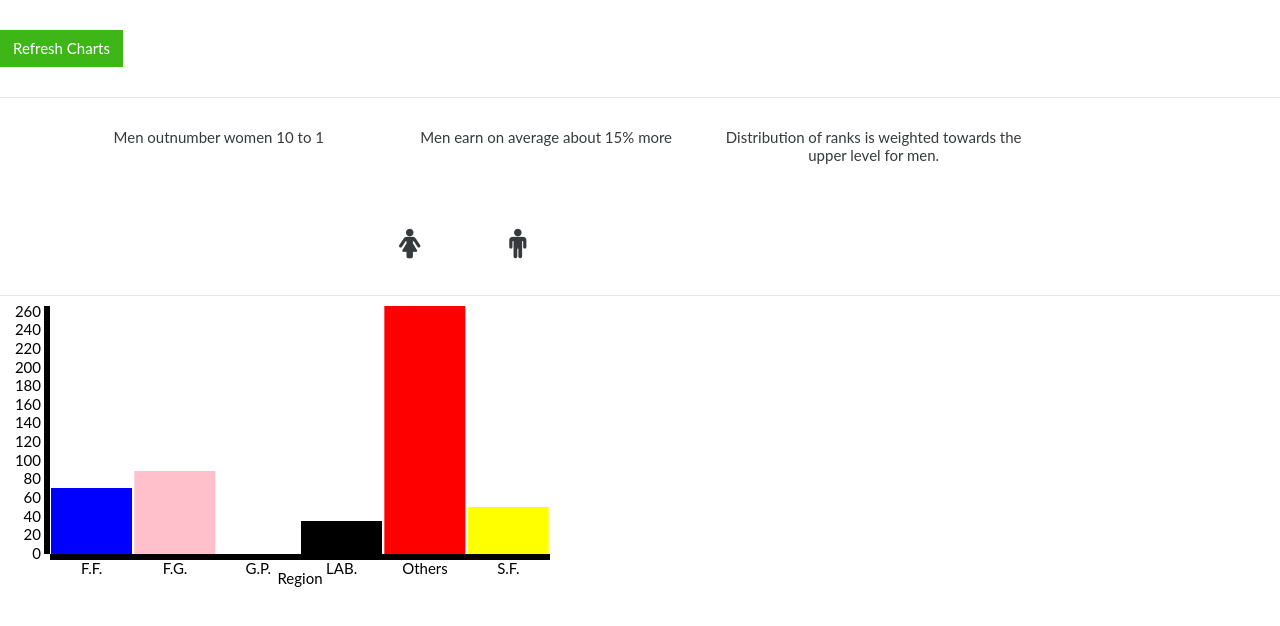
Repository: pauldardis/project-2-test
Page: index.1.html
The author's editor kept a record of every edit. The page is drawn from the files as they stood at one moment, then again after the next edit.
The browser window is 1280 px wide. The pictures show the whole page.

Above is the page before.

### index.1.html
<!DOCTYPE html>
<html lang="en">

<head>
    <meta charset="UTF-8">
    <meta name="viewport" content="width=device-width, initial-scale=1.0">
    <meta http-equiv="X-UA-Compatible" content="ie=edge">
    <title>Dashboard</title>

    <link rel="stylesheet" href="assets/css/bootstrap.min.css" type="text/css" />
    <!--<link rel="stylesheet" href="assets/css/dc.min.css" type="text/css" />-->
    <link rel="stylesheet" type="text/css" href="https://maxcdn.bootstrapcdn.com/font-awesome/4.7.0/css/font-awesome.min.css">
    <link rel="stylesheet" href="assets/css/style.css" type="text/css" />


    <script type="text/javascript" src="assets/js/d3.min.js"></script>
    <script type="text/javascript" src="assets/js/crossfilter.min.js"></script>
    <script type="text/javascript" src="assets/js/dc.min.js"></script>
    <script type="text/javascript" src="assets/js/queue.min.js"></script>
    <script type="text/javascript" src="assets/js/graps.1.js"></script>

</head>

<body>

    <section class="section">
        <div id="refresh-button">
            <button type="submit" class="btn btn-success" onClick="refreshPage()">Refresh Charts</button>
        </div>
    </section>




    <section class="section">
        <div class="container">
            <div class="row">
                <div class="row">
                    <div class="col-xs-12 col-sm-4 text-center">
                        <p class="section-paragraph">Men outnumber women 10 to 1</p>
                    </div>
                    <div class="col-xs-12 col-sm-4 text-center">
                        <p class="section-paragraph">Men earn on average about 15% more</p>
                    </div>
                    <div class="col-xs-12 col-sm-4 text-center">
                        <p class="section-paragraph">Distribution of ranks is weighted towards the upper level for men.</p>
                    </div>
                </div>
                <div class="container">
                    <div class="row">
                        <div class="col-xs-12 col-sm-4 col-md-4 col-lg-4 text-center custom-chart" id="region-selector"></div>
                        <div class="col-xs-12 col-sm-4 col-md-4 col-lg-4 text-center custom-chart" id="constituency-selector"></div>
                        <div class="col-xs-12 col-sm-4 col-md-4 col-lg-4 text-center custom-chart" id="elected-selector"></div>
                    </div>
                </div>
            </div>
        </div>
        <div class="row col-12"></div>
        <div class="col-xs-12 col-sm-12 col-lg-12 gender-box">
            <i class="fa fa-female fa-gender" aria-hidden="true"></i> <span class="number-box" id="percent-of-women-professors"></span>
            <i class="fa fa-male fa-gender" aria-hidden="true"></i> <span class="number-box" id="percent-of-men-professors"></span>
        </div>
    </section>

    <section>
        <div class="container-fluid">
            <div class="row">
                <div class="col-xs-12 col-sm-6 col-md-3 col-lg-3">
                    <div>
                        <div>
                            <div class=" " id="party_first_preference_graphs"></div>
                        </div>
                    </div>
                </div>
                <div class="col-xs-12 col-sm-6 col-md-3 col-lg-3">
                    <div>
                        <div>
                            <div class="" id="party_total_votes_graphs"></div>
                        </div>
                    </div>
                </div>
                <div class="col-xs-12 col-sm-6 col-md-3 col-lg-3">
                    <div>
                        <div>
                            <div class="" id="candidate-first-preferance-graph">
                            </div>
                        </div>
                    </div>
                </div>
                <div class="col-xs-12 col-sm-6 col-md-3 col-lg-3">
                    <div>
                        <div>
                            <!--<div class="" id="candidate-graph">-->
                            </div>
                        </div>
                    </div>
                </div>
            </div>
    </section>



<div class="" id="candidate-graph"></div>
<div class="" id="candidate-graph-v2"></div>







    <!--<div class="col-xs-12 col-sm-6 col-md-3 col-lg-3 " id="party_first_preference_graphs"></div>-->
    <!--<div class="col-xs-12 col-sm-6 col-md-3 col-lg-3 text-center" id="party_total_votes_graphs"></div>-->
    <!--<div class="col-xs-12 col-sm-6 col-md-3 col-lg-3 text-center" id="candidate-first-preferance-graph"></div>-->
    <!--<div class="col-xs-12 col-sm-6 col-md-3 col-lg-3 text-center" id="candidate-total-votes-graph"></div>-->


    <section>
        <div class="container">
            <div class="row">
                <!--<div class="col-xs-12 col-sm-4 text-center" id="candidate-first-preferance-graph"></div>-->
                <!--<div class="col-xs-12 col-sm-4 text-center" id="candidate-total-votes-graph"></div>-->
            </div>
        </div>
    </section>








</body>

</html>

### assets/css/style.css
.gender-box {
	display: block;
	margin-left: auto;
	margin-right: auto;
	width: 40%;
}


.graph-box {
	display: block;
	margin-left: auto;
	margin-right: auto;
}


/*This removes the gridlines on the row chart but causes issue with x axesis */
/*.tick  { */
/*    display: none;*/
/*     }*/








/*.row {*/
/*	margin: 0px;*/
/*	padding: 0px;*/
/*}*/

/*.container {*/
/*	margin: 0px;*/
/*	padding: 0px;*/
/*}*/








.navbar-default {
	background-image: none;
	margin-bottom: 0;
}

.section-heading,
#discipline-selector {
	display: inline-block;
	float: none;
	margin: 0;
}

.section-heading {
	margin-bottom: 50px;
}

#discipline-selector {
	margin-left: 15px;
}

.number-box {
	margin-right: 75px;
}

.number-box,
.fa.fa-gender {
	font-size: 30px;
	font-weight: 500;
}

.fa-gender {
	margin-right: 10px;
}

.custom-chart {
	margin-bottom: 40px;
}

.section {
	border-bottom: 1px solid #e6e6e6;
	padding: 30px 0;
}

.section-paragraph {
	line-height: 1.2;
}

@import url("https://fonts.googleapis.com/css?family=Lato:300,400&display=swap");

/* BODY & HTML */
body {
    font-family: "Lato", sans-serif;
    font-weight: 400;
}

body,
html {
    width: 100%;
    height: 100%;
    padding: 0;
    margin: 0;
}

/* HEADINGS */
/* Styling of the dashboard title */

h1 {
    margin: 0;
}

/* Styling of heading 2 */

h2 {
    font-size: 1rem;
    font-weight: 300;
    margin-bottom: 0;
    margin-top: 15px;
}

/* SPINNER */
/* Spinner on data loading
spinner animation found on CodePen: https://codepen.io/judecodes/pen/PrBOvG?&page=1 */

.loader {
    z-index: 99;
    width: 200px;
    height: 200px;
    border-radius: 50%;
    border-top: 2px solid #2477b4;
    border-bottom: 2px solid transparent;
    border-left: 2px solid transparent;
    border-right: 2px solid transparent;
    animation: spin 3s linear infinite forwards;

    position: absolute;
    top: 0;
    bottom: 0;
    left: 0;
    right: 0;
    margin: auto;
}

.loader::before,
.loader::after {
    content: "";
    position: absolute;
    border-radius: 50%;
    border-top: 2px solid #2477b4;
    border-bottom: 2px solid transparent;
    border-left: 2px solid transparent;
    border-right: 2px solid transparent;
}

.loader::before {
    top: 7px;
    left: 7px;
    width: 178px;
    height: 178px;
    border-top: 2px solid #e6562e;
    animation: spin 2s linear infinite forwards;
}

.loader::after {
    top: 16px;
    left: 16px;
    width: 160px;
    height: 160px;
    border-top: 2px solid #f2893c;
    animation: spin 1s linear infinite forwards;
}

@keyframes spin {
    to {
        transform: rotate(360deg);
    }
}

/* Overlay styled to dim the background for spinner */

#overlay {
    z-index: 98;
    position: fixed;
    top: 0;
    left: 0;
    height: 100%;
    width: 100%;
    background: rgba(0, 0, 0, .5);
}

/* BACK TO TOP BUTTON */
/* Back to top button inspired by this Codepen solution: https://codepen.io/matthewcain/pen/ZepbeR */

#button {
    display: inline-block;
    background-color: transparent;
    color: #DF691A;
    border: 1px solid #DF691A;
    width: 50px;
    height: 50px;
    text-align: center;
    border-radius: 3px;
    position: fixed;
    bottom: 30px;
    right: 30px;
    transition: background-color .3s,
    opacity .5s, visibility .5s;
    opacity: 0;
    visibility: hidden;
    z-index: 97;
}

#button::after {
    content: "\f077";
    font-family: FontAwesome;
    font-weight: normal;
    font-style: normal;
    font-size: 2em;
    line-height: 50px;
}

#button:active {
    color: #ffffff;
    background-color: #DF691A;
}

#button.show {
    opacity: 1;
    visibility: visible;
}

/* REGIONAL SELECTOR */
/* Region selector menu styling */

#region-selector select {
    background: #5d6b78;
    border: #445360;
    color: #ebebeb;
    font-size: 1rem;
}

/* Select menu styling to match bootstrap theme */

select {
    background: #4e5d6c;
    color: #ebebeb;
}

/* CARDS */
/* Increasing size of font awesome icons */

.fa {
    font-size: 3rem;
}


/* Styles for tiles/cards */

.tile-s1,
.tile-s2,
.tile-s3 {
    max-width: 45rem;
}

.tile-s3 {
    min-height: 20rem;
}

.tile-s3 span {
    font-size: 1.5rem;
}

.tile-s4 {
    max-width: 70rem;
}

/* Card titles and filter label styled to uppercase */

.card-header,
.selector-label {
    text-transform: uppercase;
}

/* Number box font size increased to make it more prominent */

.number-box span {
    font-size: 1.5rem;
}

/* Shadow added to the chart tiles */

.shadow-box {
    box-shadow: 4px 4px 7px 0px rgba(61, 78, 94, 1);
}

/* Charts styling to fix the issue of responsiveness */

#composite-hour,
#composite-month {
    height: 300px;
    width: 750px;
}

/* Increasing the size of a viewbox so charts are bigger */

#accidents-severity,
#rd-type-split {
    height: 400px;
    width: 460px;
}

#severity-distribution {
    height: 400px;
    width: 380px;
}

/* DATA COUNT & RESET
/* Changing default margins to create some space between count feature and other sections */

.dc-data-count {
    margin: 10px 0;
}

/* Reset button  - border-radius added to match back0to0top button and shadow box removed*/

#reset-button {
    border-radius: 3px;
}

#reset-button:focus {
    box-shadow: none;
}

/* FOOTER */
/* adding margin so footer ellements have some space inbetween on smaller devices */

.footer-item {
    margin-bottom: 10px;
}

/* Underlining removed from all links */

a:hover {
    text-decoration: none;
}

/* MEDIA QUERIES */

@media only screen and (min-width: 1200px) {

    .tile-s2 {
        min-height: 30rem;
    }

}

@media only screen and (max-width: 1200px) {

    h1 {
        font-size: 1.9rem;
    }

    #stacked-chart {
        max-width: 70rem;
    }

}

@media only screen and (max-width: 992px) {

    .card-header {
        font-size: 0.7rem;
    }

    .number-box span {
        font-size: 1.2rem;
    }

}

/* media query created to make number display element look better, to add more space between the chart and the number */

@media only screen and (max-width: 767px) {

    .number-box span {
        font-size: 1.5rem;
    }

    .card-header,
    .selector-label {
        font-size: 0.8rem;
    }

    #accidents-severity,
    #rd-type-split {
        height: 360px;
        width: 440px;
    }

    #severity-distribution {
        height: 370px;
        width: 360px;
    }

}

/* Adjustments to font sizes to avoid line break */

@media only screen and (max-width: 576px) {

    h1 {
        font-size: 2rem;
    }

    .card-header,
    .selector-label {
        font-size: 1rem;
    }

    .navbar-brand {
        font-size: 1rem;
    }

    /* height adjusted to reduce space at top and the bottom of the chart (within the card) */
    #composite-hour,
    #composite-month {
        height: 120px;
    }

    #accidents-severity,
    #rd-type-split {
        height: 260px;
    }

}

@media only screen and (max-width: 375px) {

    #severity-distribution {
        height: 250px;
    }

}

/* Solution to sticky hover on mobile devices found here: https://medium.com/@ferie/detect-a-touch-device-with-only-css-9f8e30fa1134 */

@media (hover: hover) {

    #button:hover {
        cursor: pointer;
        background-color: #DF691A;
        color: #ffffff;
    }

}

### assets/js/graps.1.js
queue()
    .defer(d3.csv, "assets/data/election-2016.csv")
    .await(makeGraphs);



function makeGraphs(error, salesData) {
    var ndx = crossfilter(salesData);

    // region_selector(ndx);
    // constituency_selector(ndx);
    // elected_selector(ndx);
    // party_first_preference_graphs(ndx);
    // party_total_votes_graphs(ndx);
    // candidate_first_preferance_graphs(ndx);
    // candidate_total_votes_graphs(ndx);
    // candidate_graphs(ndx);
    candidate_graphs_v2(ndx);

    // show_percent_that_are_professors(ndx, "F", "#percent-of-women-professors");
    // show_percent_that_are_professors(ndx, "M", "#percent-of-men-professors");





    dc.renderAll();
}


function candidate_graphs_v2(ndx) {

    var genderColors = d3.scale.ordinal()
        .domain(["F.G.", "F.F.", "Others", "S.F.", "LAB.", "G.P."])
        .range(["pink", "blue", "red", "yellow", "black", "white"]);

    var dim = ndx.dimension(dc.pluck('Party_Abbreviation'));
    var group = dim.group().reduceSum(dc.pluck('Seat'));


    var party_color = ndx.dimension(function(d) {
        return [d.Party_Abbreviation];
    });
      console.log(group.all());

    var partyGroup = party_color.group();

    console.log(group.all());



    dc.barChart("#candidate-graph-v2")
        .width(600)
        .height(300)
        .margins({ top: 10, right: 50, bottom: 30, left: 50 })
        .dimension(party_color)
        .colorAccessor(function(d) {
            return d.key[0];
        })
        .colors(genderColors)
        .group(partyGroup)
        .x(d3.scale.ordinal())
        .xUnits(dc.units.ordinal)
        .elasticY(true)
        .xAxisLabel("Region")
        .yAxis().ticks(10);


}









































// function show_revenue_graphs(ndx) {
//     var dim = ndx.dimension(dc.pluck('Candidate'));
//     var group = dim.group().reduceSum(dc.pluck('Total_Votes'));
//     // var group = dim.group();

//     dc.rowChart("#revenue-graph")
//         .width(600)
//         .height(2000)
//         .margins({ top: 10, right: 50, bottom: 30, left: 50 })
//         .dimension(dim)
//         .group(group);
// .transitionDuration(500)
// .x(d3.scale.ordinal())
// .xUnits(dc.units.ordinal)
// .elasticY(true)
// .xAxisLabel("Region")
// .yAxis().ticks(10);


// }


// function candidate_graphs(ndx) {
//     var dim = ndx.dimension(dc.pluck('Candidate'));
//     var group = dim.group().reduceSum(dc.pluck('Constituency_Name'));

//     dc.barChart("#candidate-graph")
//         .width(600)
//         .height(300)
//         .margins({ top: 10, right: 50, bottom: 30, left: 50 })
//         .dimension(dim)
//         .group(group)
//         .transitionDuration(500)
//         .x(d3.scale.ordinal())
//         .xUnits(dc.units.ordinal)
//         .elasticY(true)
//         .xAxisLabel("Region")
//         .yAxis().ticks(10);

// }

Loaded but not shown: assets/css/bootstrap.min.css (library); assets/js/d3.min.js (library); assets/js/crossfilter.min.js (library); assets/js/dc.min.js (library); assets/js/queue.min.js (common file)

After the next edit:
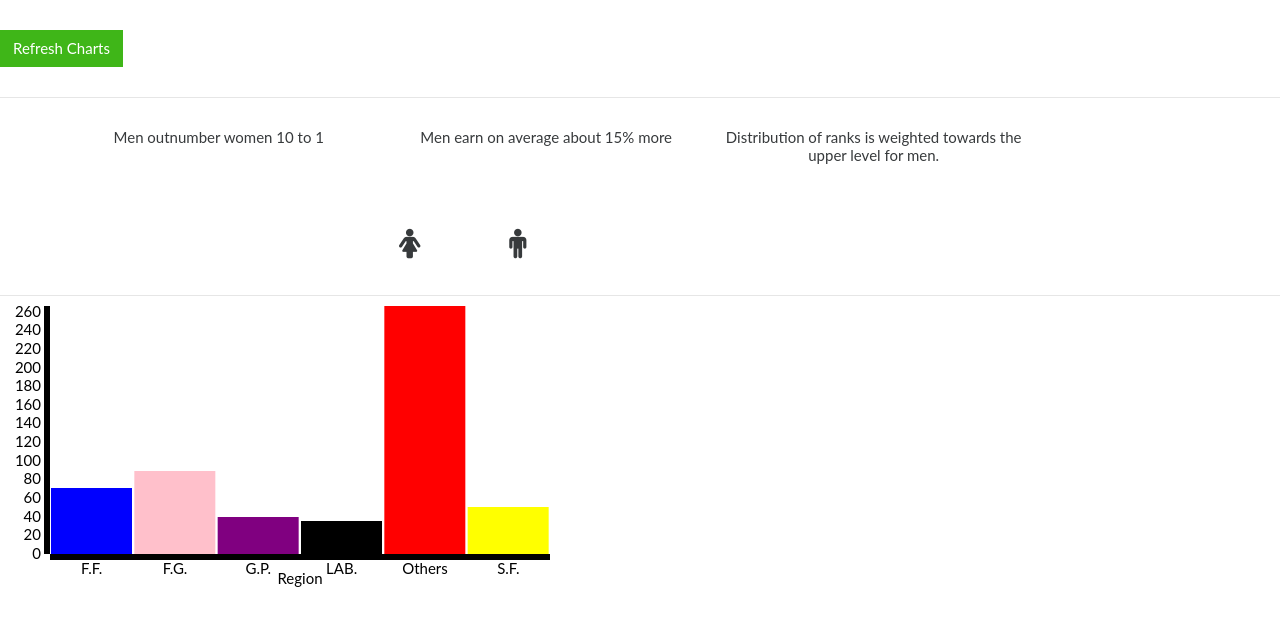
The edit:
--- a/assets/js/graps.1.js
+++ b/assets/js/graps.1.js
@@ -32,7 +32,7 @@
 
     var genderColors = d3.scale.ordinal()
         .domain(["F.G.", "F.F.", "Others", "S.F.", "LAB.", "G.P."])
-        .range(["pink", "blue", "red", "yellow", "black", "white"]);
+        .range(["pink", "blue", "red", "yellow", "black", "purple"]);
 
     var dim = ndx.dimension(dc.pluck('Party_Abbreviation'));
     var group = dim.group().reduceSum(dc.pluck('Seat'));
